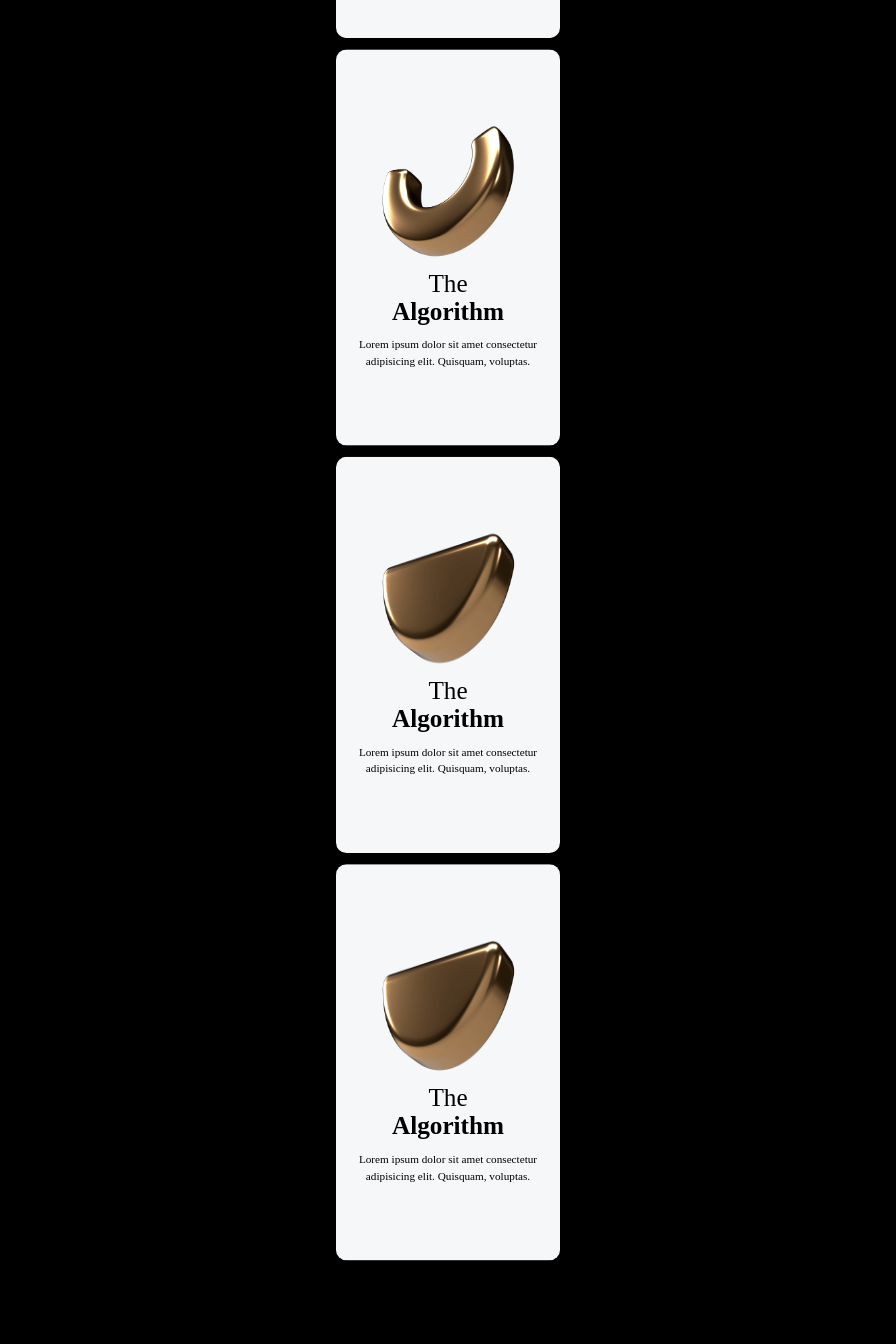
Repository: Himani0002/Scroll-Trigger
Page: index.html
These files come from the project's save history. The page is drawn as it stood at one moment and after a run of saves; the edit follows.
The browser window is 1280 px wide. The pictures show the part of the page from y = 1202 to 3122 px (the page is 3122 px tall), at 70% of full size.
Some web fonts or font styles are not loaded; a fallback is used. Some web libraries are served in a nearby version.

Above is the page before, as saved 2024-11-15 21:42:57.

### index.html
<!DOCTYPE html>
<html lang="en">

<head>
  <meta charset="UTF-8">
  <meta name="viewport" content="width=device-width, initial-scale=1.0">
  <script src="https://cdn.tailwindcss.com"></script>
  <title>Document</title>
  <style>
    @import url('https://fonts.googleapis.com/css2?family=Edu+AU+VIC+WA+NT+Pre:wght@400..700&family=Lato:ital,wght@0,100;0,300;0,400;0,700;0,900;1,100;1,300;1,400;1,700;1,900&family=Montserrat:ital,wght@0,100..900;1,100..900&family=Roboto+Slab:wght@100..900&display=swap');

    * {
      padding: 0;
      font-family: "Edu AU VIC WA NT Pre", cursive;
      margin: 0;
      box-sizing: border-box;
    }

    html,
    body {
      height: 100%;
      width: 100%;
      background-color: black;
    }
  </style>
</head>
<main class="w-full  text-center flex flex-col gap-4 items-center pt-[15vh]">
  <div
    class="card1 flex sticky top-[15vh] flex-col w-[25svw] rounded-[15px] py-[15vh] px-[20px] gap-4 items-center bg-[#F5F7F8]">
    <img src="./image/1.png" class="w-[190px] aspect-square" alt="">
    <h1 class="text-4xl font-thin">
      The<br>
      <span class="font-bold">Algorithm</span>
    </h1>
    <p>
      Lorem ipsum dolor sit amet consectetur adipisicing elit. Quisquam, voluptas.
    </p>
  </div>
  <div
    class="card2 sticky top-[15vh] flex flex-col w-[25svw] rounded-[15px] py-[15vh] px-[20px] gap-4 items-center bg-[#F5F7F8]">
    <img src="./image/2.png" class="w-[190px] aspect-square" alt="">
    <h1 class="text-4xl font-thin">
      The<br>
      <span class="font-bold">Algorithm</span>
    </h1>
    <p>
      Lorem ipsum dolor sit amet consectetur adipisicing elit. Quisquam, voluptas.
    </p>
  </div>
  <div
    class="card3 sticky top-[15vh] flex flex-col w-[25svw] rounded-[15px] py-[15vh] px-[20px] gap-4 items-center bg-[#F5F7F8]">
    <img src="./image/3.png" class="w-[190px] aspect-square" alt="">
    <h1 class="text-4xl font-thin">
      The<br>
      <span class="font-bold">Algorithm</span>
    </h1>
    <p>
      Lorem ipsum dolor sit amet consectetur adipisicing elit. Quisquam, voluptas.
    </p>
  </div>
  <div
    class="card4 sticky top-[15vh] flex flex-col w-[25svw] rounded-[15px] py-[15vh] px-[20px] gap-4 items-center bg-[#F5F7F8]">
    <img src="./image/4.png" class="w-[190px] aspect-square" alt="">
    <h1 class="text-4xl font-thin">
      The<br>
      <span class="font-bold">Algorithm</span>
    </h1>
    <p>
      Lorem ipsum dolor sit amet consectetur adipisicing elit. Quisquam, voluptas.
    </p>
  </div>
  <div
    class="card4 sticky top-[15vh] flex flex-col w-[25svw] rounded-[15px] py-[15vh] px-[20px] gap-4 items-center bg-[#F5F7F8]">
    <img src="./image/4.png" class="w-[190px] aspect-square" alt="">
    <h1 class="text-4xl font-thin">
      The<br>
      <span class="font-bold">Algorithm</span>
    </h1>
    <p>
      Lorem ipsum dolor sit amet consectetur adipisicing elit. Quisquam, voluptas.
    </p>
  </div>

</main>

<body>

</body>

</html>

After the next 2 saves:
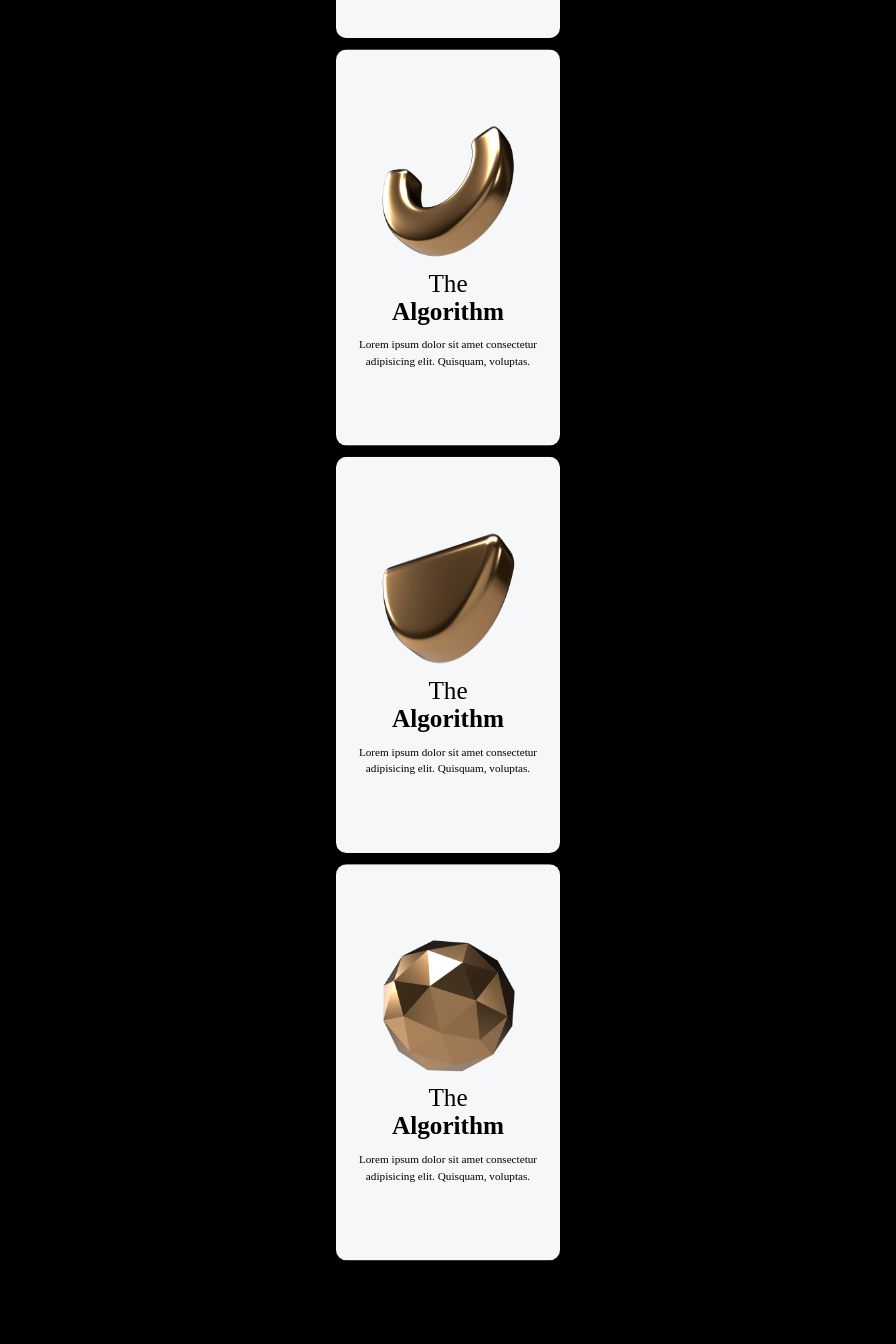
The 2 saves are shown as one change because they came seconds apart.
The last was saved 8 s later.
--- a/index.html
+++ b/index.html
@@ -70,8 +70,8 @@
     </p>
   </div>
   <div
-    class="card4 sticky top-[15vh] flex flex-col w-[25svw] rounded-[15px] py-[15vh] px-[20px] gap-4 items-center bg-[#F5F7F8]">
-    <img src="./image/4.png" class="w-[190px] aspect-square" alt="">
+    class="card5 sticky top-[15vh] flex flex-col w-[25svw] rounded-[15px] py-[15vh] px-[20px] gap-4 items-center bg-[#F5F7F8]">
+    <img src="./image/5.png" class="w-[190px] aspect-square" alt="">
     <h1 class="text-4xl font-thin">
       The<br>
       <span class="font-bold">Algorithm</span>
